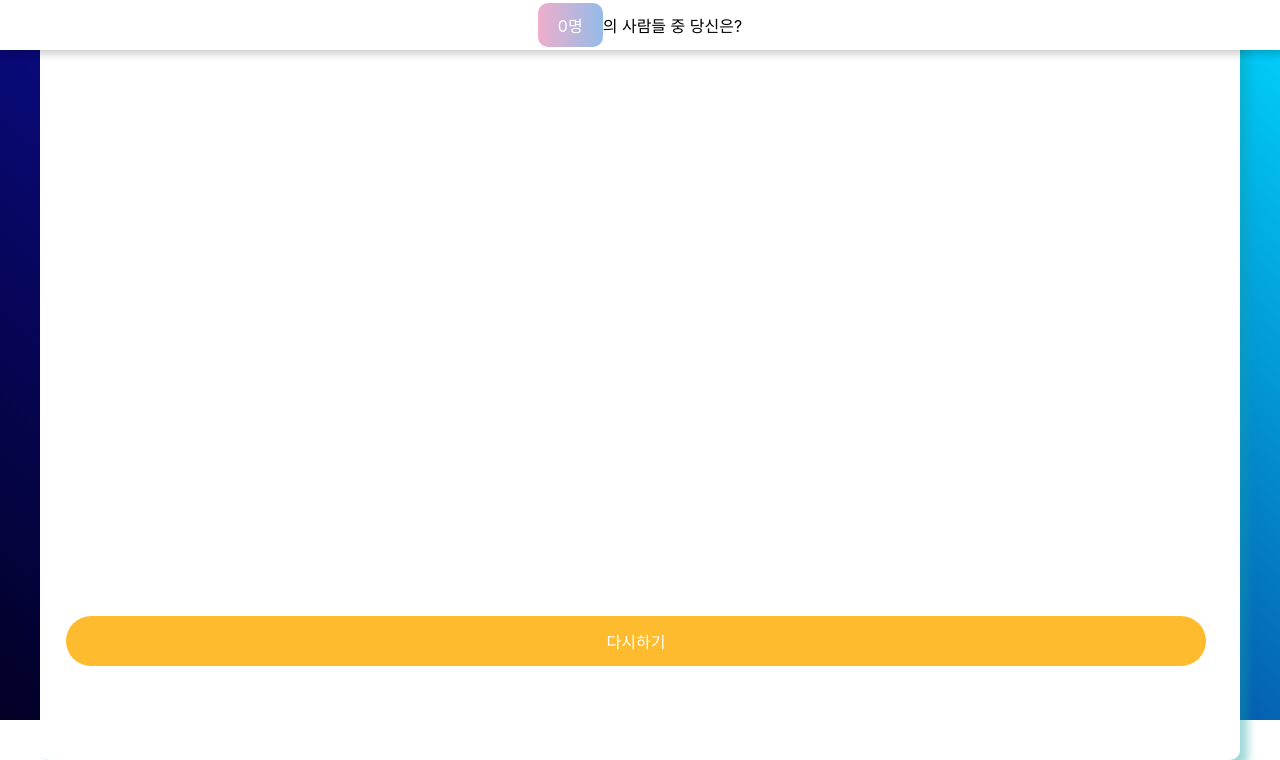
Repository: dnjfht/quiz3
Page: /ranking
The author's editor kept a copy of each file at every save. The page is drawn from the files as they stood at one save, then again after the next save.
The browser window is 1280 px wide. The pictures show the whole page.
The page's requests for data from a server got no answer. The project was rebuilt for these pictures with package versions that can differ from the ones it lists, and the page was loaded fresh each time. No one was signed in, and anything a server would have sent is missing. Also part of the build but not shown: src/components/Start.js, src/components/Progress.js, src/components/Quiz.js, src/components/Score.js, src/components/Message.js, src/components/NotPage.js.

Above is the page before, as saved 2023-04-15 23:11:23.

After the next save:
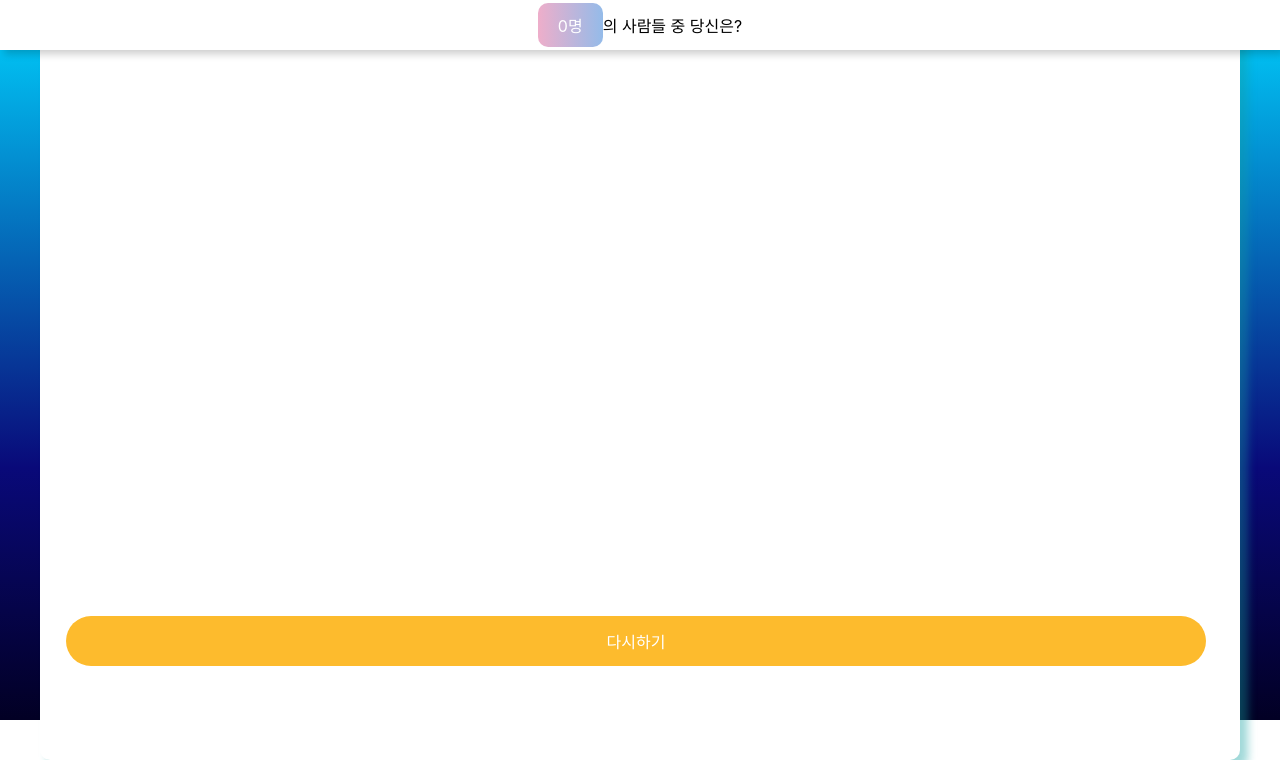
Saved 6 s later.
--- a/src/App.js
+++ b/src/App.js
@@ -6,7 +6,7 @@ const Wrap = styled.div`
   height: 100vh;
   background: rgb(2, 0, 36);
   background: linear-gradient(
-    45deg,
+    0deg,
     rgba(2, 0, 36, 1) 0%,
     rgba(9, 9, 121, 1) 35%,
     rgba(0, 212, 255, 1) 100%
